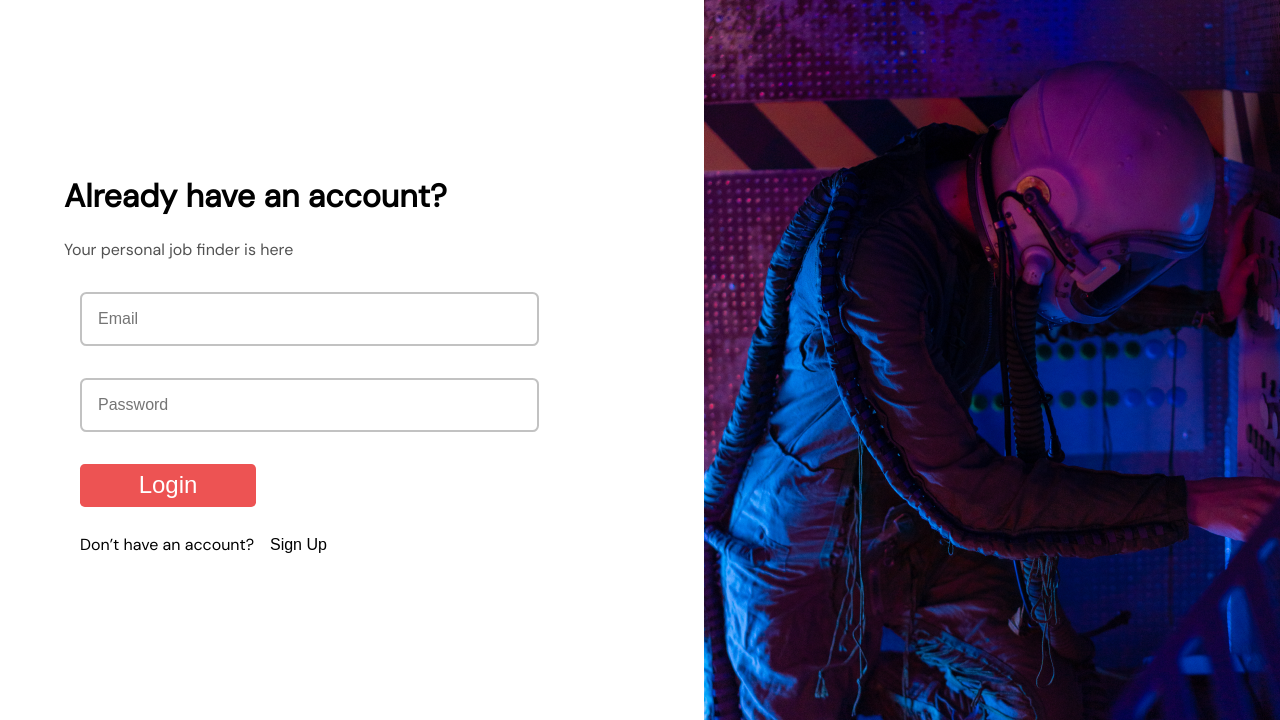
Repository: drumsmanku/node-capstone-project-1
Page: /login (app in client/)
An editor plug-in stored every save of this project. The page is shown before and after the next save, followed by the edit.
The browser window is 1280 px wide. The pictures show the whole page.
The project was rebuilt for these pictures with package versions that can differ from the ones it lists, and the page was loaded fresh each time. Also part of the build but not shown: client/src/components/Register.js, client/src/components/AddJob.js, client/src/components/Success.js, client/src/components/JobMainPage.js, client/src/components/EditJob.js, client/src/components/JobDetails.css, client/src/components/JobDetails.js, client/src/components/FailedLogin.js and 1 more.

Above is the page before, as saved 2023-07-23 19:14:30.

### client/src/App.js
import './App.css';
import Register from './components/Register';
import Login from './components/Login';
import AddJob from './components/AddJob';
import { BrowserRouter as Router, Route, Routes} from 'react-router-dom';
import Success from './components/Success';
import JobMainPage from './components/JobMainPage';
import EditJob from './components/EditJob';
import JobDetails from './components/JobDetails';
import FailedLogin from './components/FailedLogin';
import FailedRegister from './components/FailedRegister';

function App() {
  return (
    <div className="App">
      <Router>
        <Routes>
          <Route path='/' element={<JobMainPage/>}/>
          <Route path='/register' element={<Register />}/>
          <Route path='/add' element={<AddJob/>}/>
          <Route path='/login' element={<Login/>}/>
          <Route path='/main-job' element={<JobMainPage/>}/>
          <Route path='/edit-job/:id' element={<EditJob/>}/>
          <Route path="/job-det/:id" element={<JobDetails/>}/>
          <Route path='/success' element={<Success/>}/>
          <Route path='/failed-login' element={<FailedLogin/>}/>
          <Route path='/failed-signup' element={<FailedRegister/>}/>

        </Routes>
      </Router>

    </div>
  );
}

export default App;

### client/src/components/Login.js
import React, { useState } from 'react';
import { useNavigate } from 'react-router-dom';
import axios from 'axios';
import './Login.css';
import img1 from '../Assets/img1.png';

function Login() {
  const navigate = useNavigate();
  const [user, setUser] = useState({
    email: '',
    password: ''
  });

  const handleChange = e => {
    setUser({
      ...user,
      [e.target.name]: e.target.value
    });
  };

  const login = (event) => {
    event.preventDefault();
    axios.post('https://job-new-portal.onrender.com/login', user)
      .then(res => {
        localStorage.setItem('token', res.data.jwtToken);
        localStorage.setItem('user', res.data.name);
        const tokenData=localStorage.getItem('token')
        if(tokenData!=='undefined') {
          navigate('/main-job')
        }
        else{
          navigate('/failed-login')
        }


      })
      .catch(err => console.log(err));
  };

  return (
    <div className='login-container'>

      <div className='login-left-container'>
        <div style={{marginLeft:'4rem'}}>
          <h1 style={{}}>Already have an account?</h1>
          <p style={{fontWeight:500,  color:'#525252', marginBottom:'2rem', marginTop:0}}>Your personal job finder is here</p>
        </div>

        <form>
          <div style={{marginLeft:'5rem'}}>
          <input type="email" name="email" value={user.email} onChange={handleChange} placeholder="Email" />
          <input type="password" name="password" value={user.password} onChange={handleChange} placeholder="Password" />

          </div>
          <button type='submit' style={{cursor:'pointer'}} onClick={login} >Login</button>
          <span style={{marginLeft:'5rem'}}>Don’t have an account? <button style={{background:'none', color:'black', fontSize:'medium', margin:0, padding:0, width:'5rem'}} onClick={()=>{navigate('/register')}}>Sign Up</button></span>
        </form>
      </div>
      <div className='login-right-container' style={{backgroundImage:`url(${img1})`}}></div>

    </div>
  );
}

export default Login;

### client/src/components/Register.css
@import url('https://fonts.googleapis.com/css2?family=DM+Sans&display=swap');

body{
  font-family: 'DM Sans';
}

.reg-container{
  width:100vw;
  height: 100vh;
  display: flex;
}

.reg-left-container{
  width: 55%;
  display: flex;
  flex-direction: column;
  justify-content: center;
  font-family: 'DM Sans';
  color: black;

}
.reg-right-container{
  width: 45%;
  height: 100vh;
  background-size: 'cover';
  background-position:center;
  background-repeat: no-repeat;
}
.reg-container form{
  display: flex;
  flex-direction: column;
}
.reg-container input[type='text'], [type='password'], [type='email']{
  width: 70%;
  height: 3rem;
  border:2px solid #C2C2C2;
  border-radius: 0.4rem;
  padding-left: 1rem;
  font-size: 1rem;
  color: black;
  margin-bottom: 2rem;
}
.reg-container button{
  height: 2.7rem;
  width: 25%;
  font-size: x-large;
  background-color: #ED5353;
  border: none;
  border-radius: 0.3rem;
  margin-left: 5rem;
  margin-bottom: 1rem;
  color: white;
}
span a{
  color:black;
}

### client/src/components/Login.css
@import url('https://fonts.googleapis.com/css2?family=DM+Sans&display=swap');

body{
  font-family: 'DM Sans';
}

.login-container{
  width:100vw;
  height: 100vh;
  display: flex;
}
.login-left-container{
  width: 55%;
  display: flex;
  flex-direction: column;
  justify-content: center;
  font-family: 'DM Sans';
  color: black;

}

.login-right-container{
  width: 45%;
  height: 100vh;
  background-size: 'cover';
  background-position:center;
  background-repeat: no-repeat;
}

.login-container form{
  display: flex;
  flex-direction: column;
}
.login-container input [type='password'], [type='email']{
  width: 70%;
  height: 3rem;
  border:2px solid #C2C2C2;
  border-radius: 0.4rem;
  padding-left: 1rem;
  font-size: 1rem;
  color: black;
  margin-bottom: 2rem;
}

.login-container button{
  height: 2.7rem;
  width: 25%;
  font-size: x-large;
  background-color: #ED5353;
  border: none;
  border-radius: 0.3rem;
  margin-left: 5rem;
  margin-bottom: 1rem;
  color: white;
}
.btn-fail-sign{
  background:none;
  color: black;

}

### client/src/components/AddJob.css
@import url('https://fonts.googleapis.com/css2?family=DM+Sans&display=swap');

body{
  font-family: 'DM Sans';
}

.add-container{
  height: 100vh;
  width: 100vw;
  display: flex;
}

.add-left-container{
  width: 58%;

  display: flex;
  flex-direction: column;
  justify-content: center;
  align-items: center;
}
.add-right-container{
  width: 42%;
  background-size: 'cover';
  background-position:center;
  background-repeat: no-repeat;
}
.add-container input{
  border: 2px solid #C2C2C2;
  border-radius: 0.2rem;
  margin-bottom: 1rem;
  margin-left: 1rem;
  padding-left: 1rem;
}
.add-left-container form{
  width: 100%;
  display: flex;
  flex-direction: column;
  margin-left: 20%;
}
.btn-add-page-add{
  height: 2rem;
  width: 15%;
  font-size: medium;
  background-color: #ED5353;
  border: none;
  border-radius: 0.3rem;
  margin-left: 1rem;
  margin-bottom:0;
  color: white;
  cursor: pointer;
}
.btn-add-page-cancel{
  height: 2rem;
  width: 15%;
  font-size: medium;
  background-color: #FFFFFF;
  border: 1px solid #CECECE;
  color: #CECECE;
  border-radius: 0.3rem;
  cursor: pointer;
  margin-bottom: 0;

}

### client/src/components/JobMainPage.css
@import url('https://fonts.googleapis.com/css2?family=DM+Sans&display=swap');


.main-page-container{
  height: 100vh;
  width: 100vw;
  display: flex;
  flex-direction: column;
}


.main-upper-container{
  height: 20%;
  width: 100%;
  display: flex;
  background-size: 100%;
  background-position:center;
  background-repeat: no-repeat;
}
.main-lower-container{
  height: 80%;
  width: 100%;
  display: flex;
  flex-direction: column;
  align-items: center;
}
.btn-main-page-login{
  height: 2rem;
  width: 6rem;
  font-weight: 500;
  font-size: medium ;
  background-color: #ED5353;
  border: 2px solid white;
  border-radius: 0.3rem;
  margin-left: 1rem;
  margin-bottom:0;
  color: white;
  font-family: 'DM Sans';
  cursor: pointer;
}
.btn-main-page-register{
  height: 2rem;
  width: 6rem;
  font-size: medium;
  font-weight: 500;
  background-color: white;
  border: none;
  border-radius: 0.3rem;
  margin-left: 1rem;
  margin-bottom:0;
  color: #ED5353;
  font-family: 'DM Sans';
  cursor: pointer;
}

### client/src/components/EditJob.css
@import url('https://fonts.googleapis.com/css2?family=DM+Sans&display=swap');

body{
  font-family: 'DM Sans';
}

.edit-container{
  height: 100vh;
  width: 100vw;
  display: flex;
}

.edit-left-container{
  width: 58%;

  display: flex;
  flex-direction: column;
  justify-content: center;
  align-items: center;
}
.edit-right-container{
  width: 42%;
  background-size: 'cover';
  background-position:center;
  background-repeat: no-repeat;
}
.edit-container input{
  border: 2px solid #C2C2C2;
  border-radius: 0.2rem;
  margin-bottom: 1rem;
  margin-left: 1rem;
  padding-left: 1rem;
}
.edit-left-container form{
  width: 100%;
  display: flex;
  flex-direction: column;
  margin-left: 20%;
}
.btn-edit-page-edit{
  height: 2rem;
  width: 15%;
  font-size: medium;
  background-color: #ED5353;
  border: none;
  border-radius: 0.3rem;
  margin-left: 1rem;
  margin-bottom:0;
  color: white;
  cursor: pointer;
}
.btn-edit-page-cancel{
  height: 2rem;
  width: 15%;
  font-size: medium;
  background-color: #FFFFFF;
  border: 1px solid #CECECE;
  color: #CECECE;
  border-radius: 0.3rem;
  cursor: pointer;
  margin-bottom: 0;

}

Loaded but not shown: client/public/index.html (common file); client/src/index.js (common file); client/src/index.css (common file); client/src/App.css (no stored copy; drawn as an empty file)

After the next save:
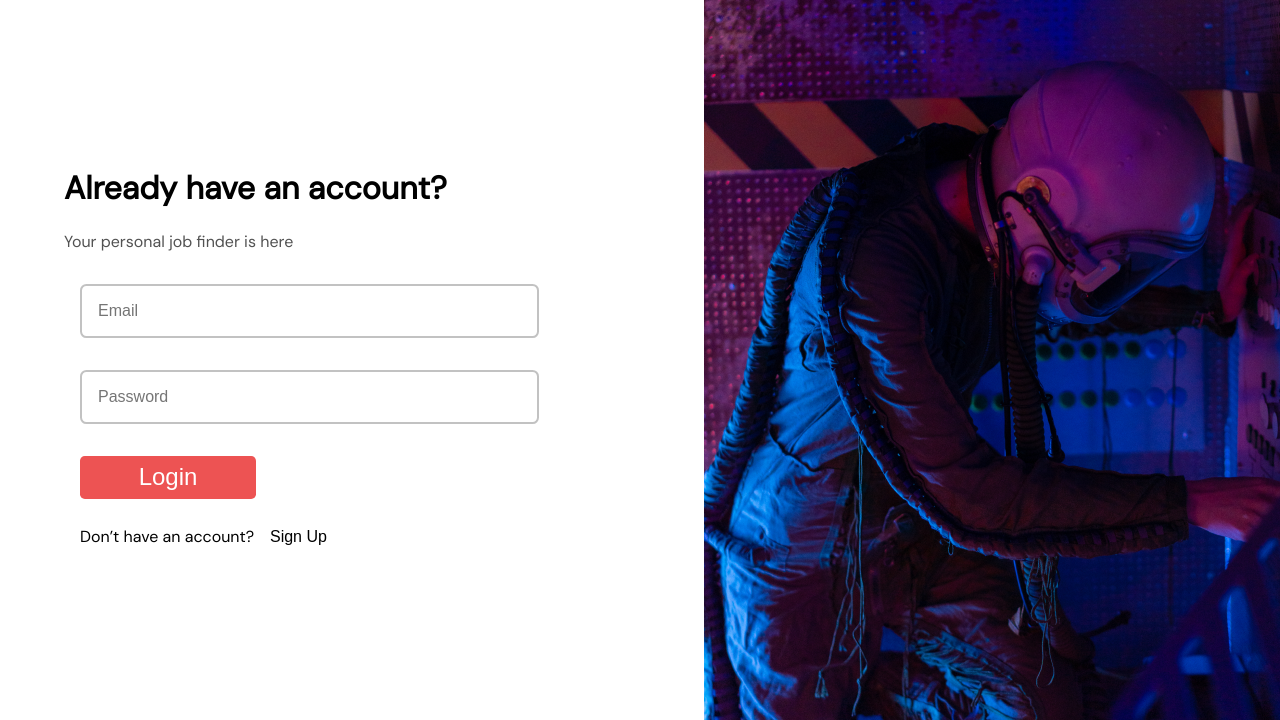
Saved 24 s later.
--- a/client/src/components/Login.js
+++ b/client/src/components/Login.js
@@ -53,7 +53,7 @@ function Login() {
 
           </div>
           <button type='submit' style={{cursor:'pointer'}} onClick={login} >Login</button>
-          <span style={{marginLeft:'5rem'}}>Don’t have an account? <button style={{background:'none', color:'black', fontSize:'medium', margin:0, padding:0, width:'5rem'}} onClick={()=>{navigate('/register')}}>Sign Up</button></span>
+          <span style={{marginLeft:'5rem'}}>Don’t have an account? <button style={{background:'none', color:'black', fontSize:'medium', marginLeft:0, padding:0, width:'5rem'}} onClick={()=>{navigate('/register')}}>Sign Up</button></span>
         </form>
       </div>
       <div className='login-right-container' style={{backgroundImage:`url(${img1})`}}></div>
